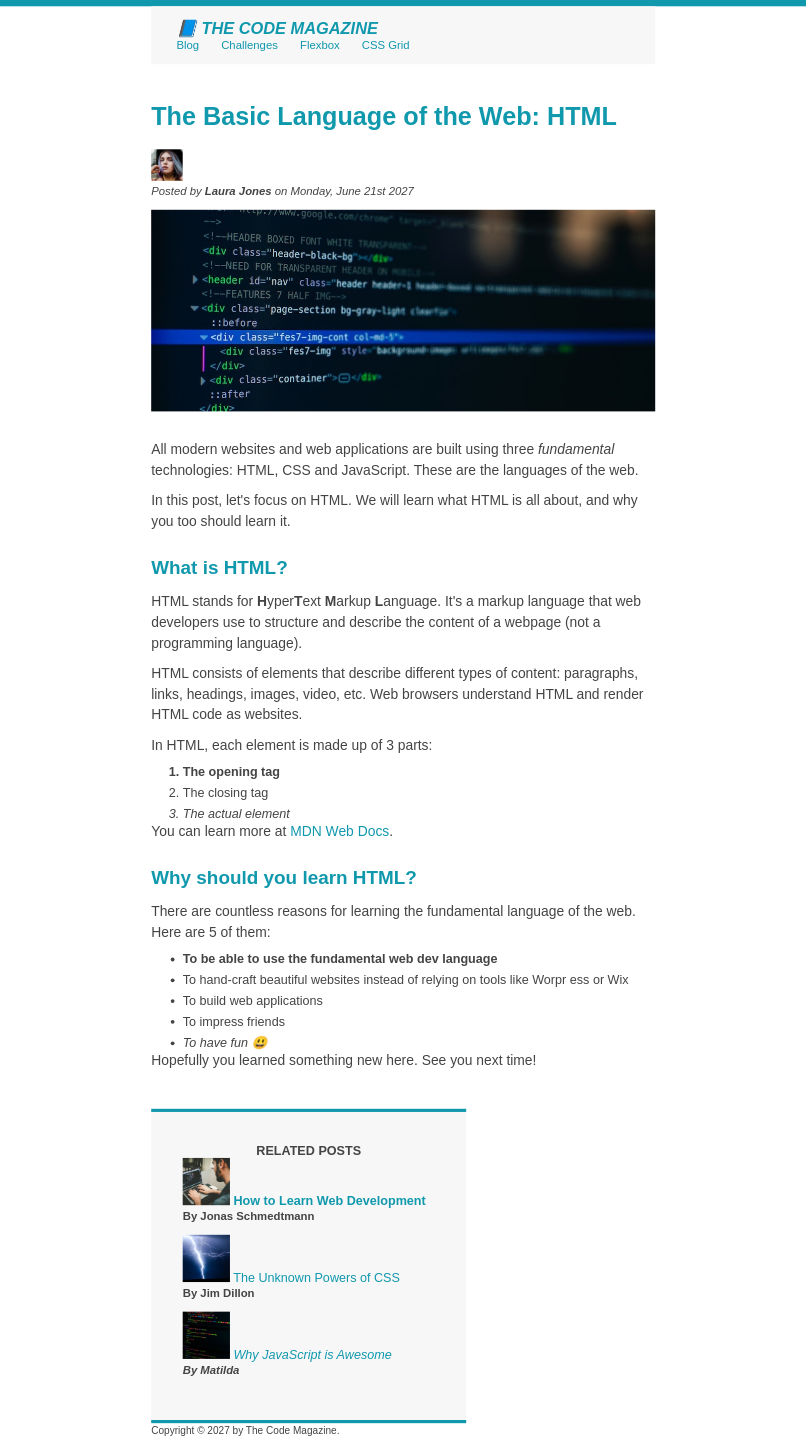
Repository: sunny070/CSS
Page: #1/index.html
These files come from the project's save history. The page is drawn as it stood at one moment and after a run of saves; the edit follows.
The browser window is 1280 px wide. The pictures show the whole page, at 63% of full size.

Above is the page before, as saved 2023-11-06 10:52:27.

After the next 2 saves:
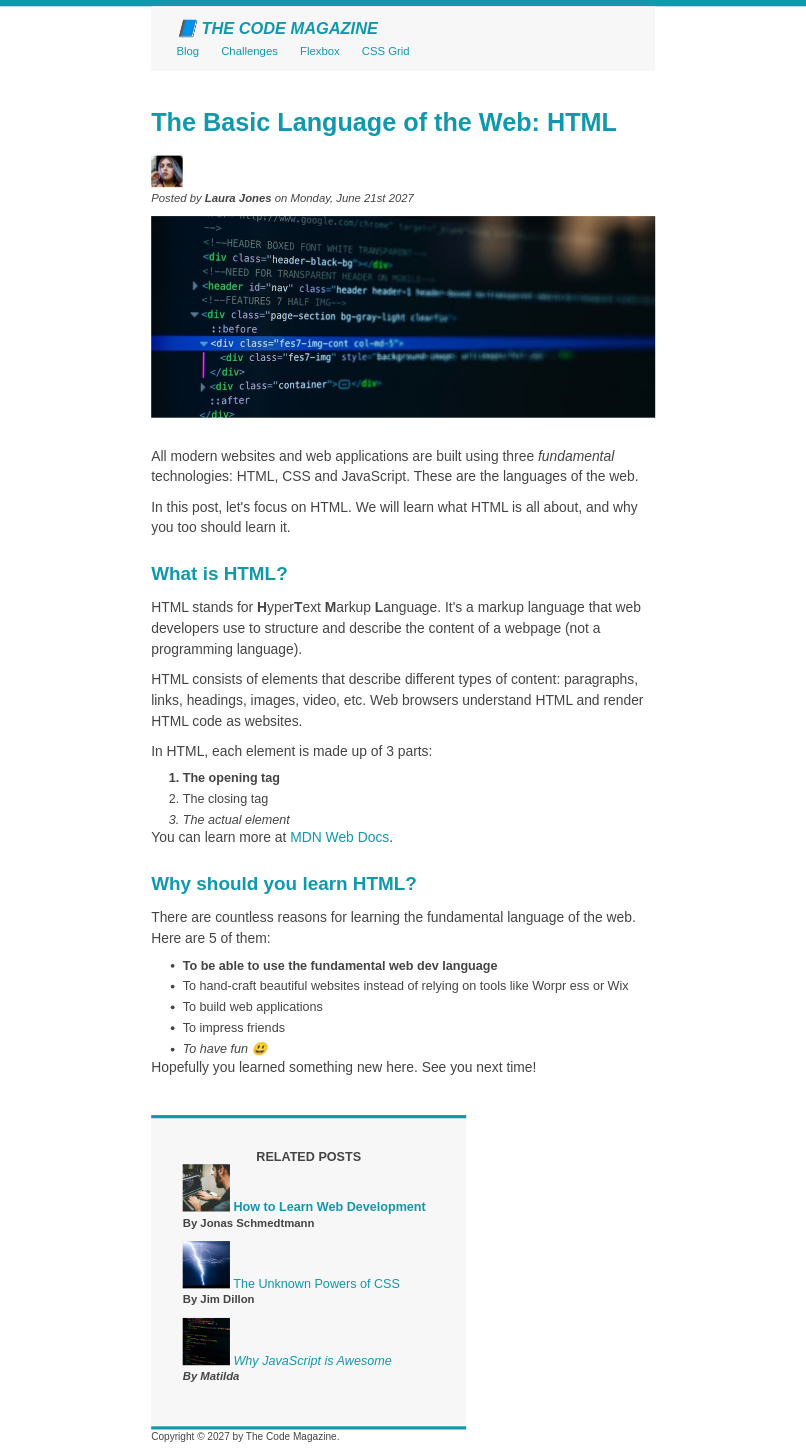
The 2 saves are shown as one change because they came seconds apart.
The last was saved 6 s later.
--- a/#1/style.css
+++ b/#1/style.css
@@ -180,7 +180,7 @@ nav a:link{
     display: block; */
     margin-right:30px ;
     margin-top:10px;
-    display: ;
+    display: inline-block;
 }
 
 /* resolving conflicts */
